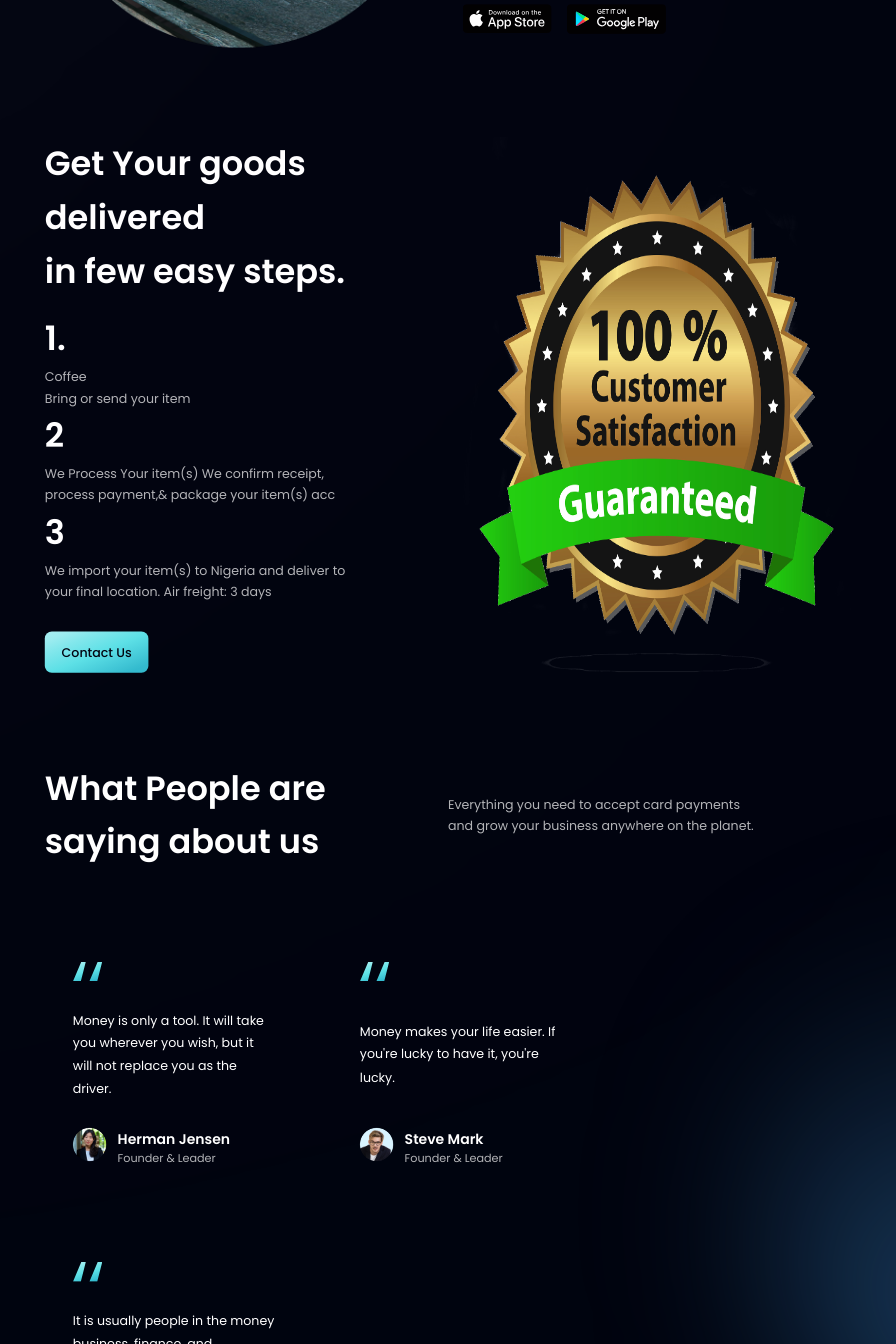
Repository: Miracleoluebube/captionlogistics
Page: /
These files come from the project's save history. The page is drawn as it stood at one moment and after the next save; the edit follows.
The browser window is 1280 px wide. The pictures show the part of the page from y = 2480 to 4400 px (the page is 5646 px tall before and 5677 px after), at 70% of full size.
The project was rebuilt for these pictures with package versions that can differ from the ones it lists, and the page was loaded fresh each time. Also part of the build but not shown: vite.config.js.

Above is the page before, as saved 2022-10-02 18:01:14.

After the next save:
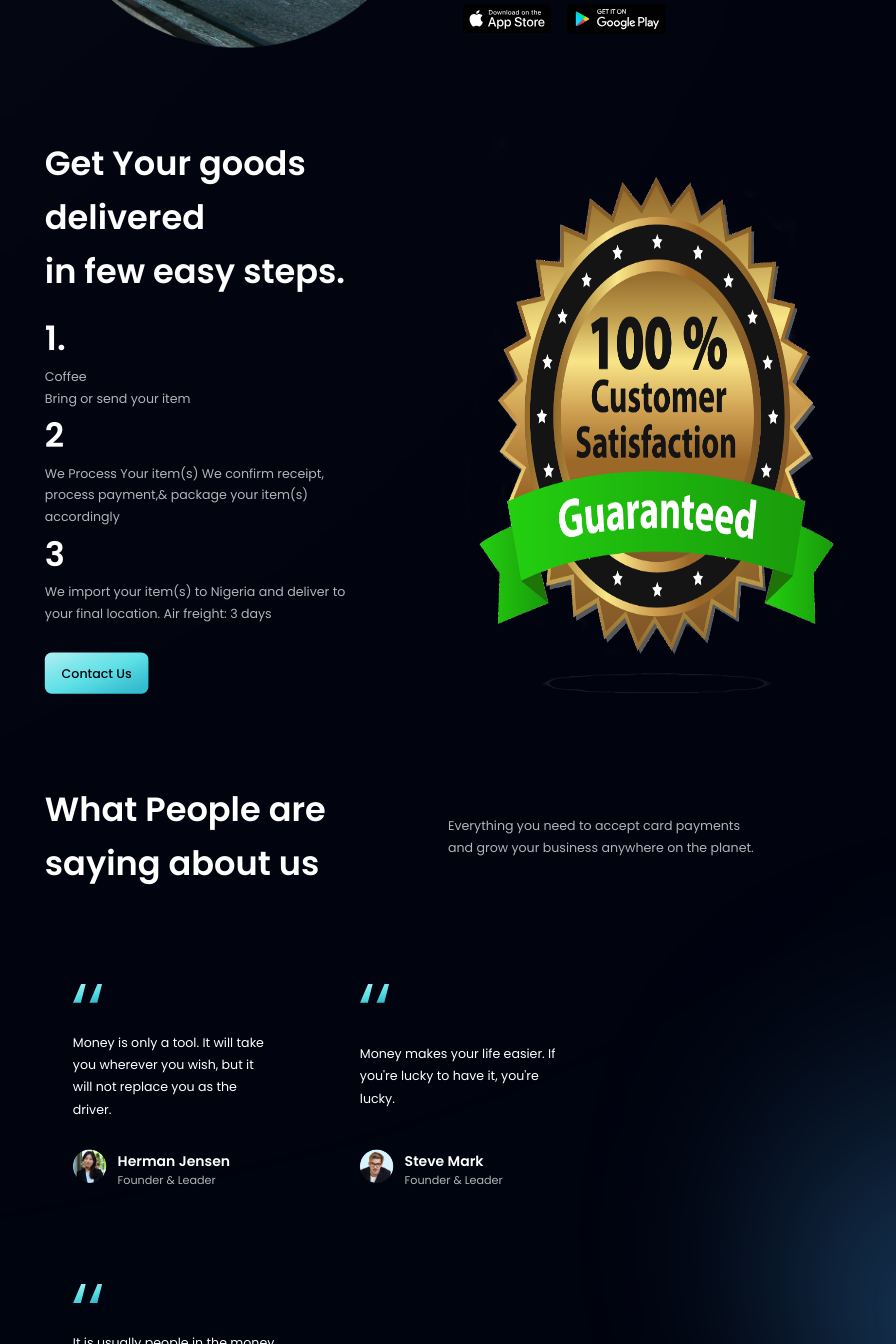
Saved 6 s later.
--- a/src/components/CardDeal.jsx
+++ b/src/components/CardDeal.jsx
@@ -17,7 +17,7 @@
   </h2>
   <li className={styles.heading2}>2</li>
   <li>We Process Your item(s)
-    We confirm receipt, process payment,& package your item(s) acc
+    We confirm receipt, process payment,& package your item(s) accordingly
   </li>
   <li className={styles.heading2}>3</li>
   <li>We import your item(s) to Nigeria and deliver to your final location. Air freight: 3 days </li>
